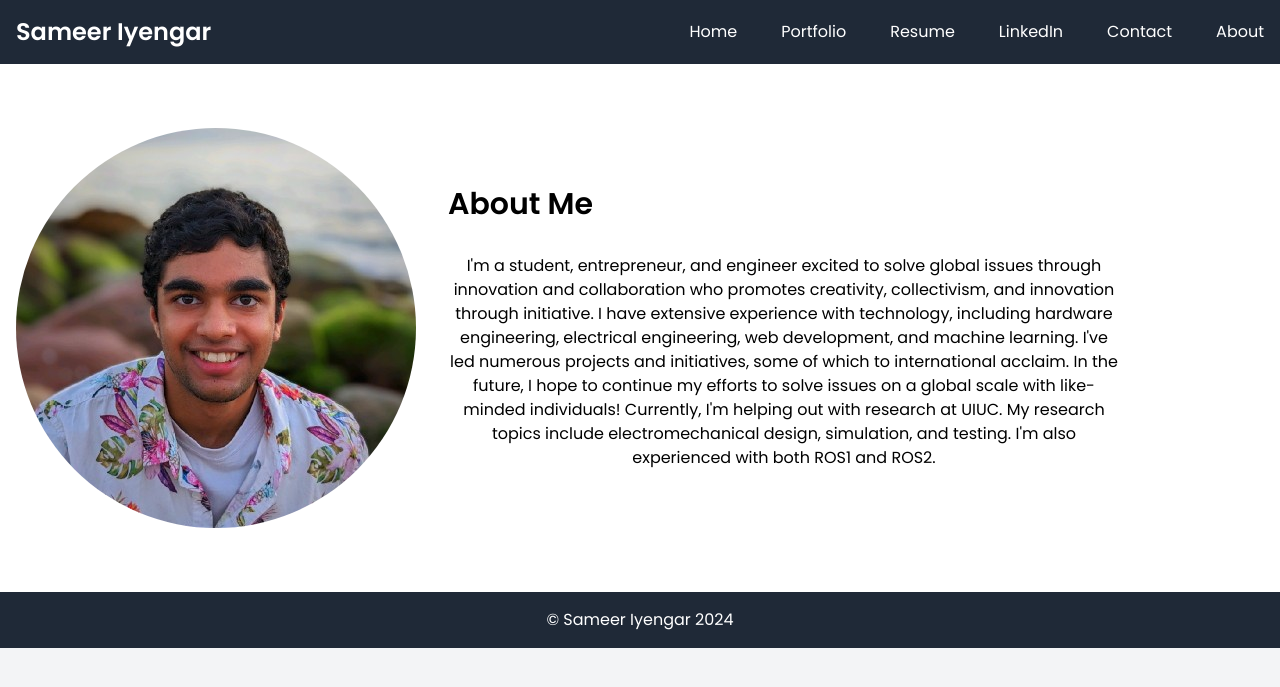
Repository: siyengar04/siyengar04.github.io
Page: about.html
These files come from the project's save history. The page is drawn as it stood at one moment and after the next save; the edit follows.
The browser window is 1280 px wide. The pictures show the whole page.
Some web libraries are served in a nearby version.

Above is the page before, as saved 2024-11-01 13:44:56.

### about.html
<!DOCTYPE html>
<html lang="en">

<head>
    <meta charset="UTF-8">
    <meta name="viewport" content="width=device-width, initial-scale=1.0">
    <title>Photography Portfolio</title>
    <script src="https://cdn.tailwindcss.com"></script>
    <link href="/src/output.css" rel="stylesheet">
    <link href="https://fonts.googleapis.com/css2?family=Poppins:wght@300;400;600&display=swap" rel="stylesheet">
    <style>
        body {
            font-family: 'Poppins', sans-serif;
        }
    </style>
</head>

<body class="bg-gray-100">
    <header class="bg-gray-800 text-white py-4">
        <div class="container mx-auto flex justify-between items-center px-4">
            <h1 class="text-2xl font-semibold">Sameer Iyengar</h1>
            <div class="md:hidden">
                <button id="nav-toggle" class="text-white focus:outline-none">
                    <svg xmlns="http://www.w3.org/2000/svg" class="h-6 w-6" fill="none" viewBox="0 0 24 24" stroke="currentColor">
                        <path stroke-linecap="round" stroke-linejoin="round" stroke-width="2" d="M4 6h16M4 12h16m-7 6h7" />
                    </svg>
                </button>
            </div>
            <nav id="nav-menu" class="hidden md:flex md:space-x-6">
                <ul class="flex flex-col md:flex-row space-y-4 md:space-y-0 md:space-x-6">
                    <li><a href="index.html" class="hover:text-gray-400">Home</a></li>
                    <li><a href="/portfolio.html" class="hover:text-gray-400">Portfolio</a></li>
                    <li><a href="/resume.html" class="hover:text-gray-400">Resume</a></li>
                    <li><a href="https://www.linkedin.com/in/sameer-iyengar/" class="hover:text-gray-400">LinkedIn</a></li>
                    <li><a href="/contact.html" class="hover:text-gray-400">Contact</a></li>
                    <li><a href="/about.html" class="hover:text-gray-400">About</a></li>
                </ul>
            </nav>
        </div>
    </header>
    <section id="about" class="about py-16 bg-white">
        <div class="container mx-auto px-4 flex flex-col md:flex-row items-center">
            <img src="/images/profile.jpg" alt="Profile Picture" class="w-100 h-100 rounded-full mb-8 md:mb-0 md:mr-8">
            <div class="text-center md:text-left">
                <h2 class="text-3xl font-bold mb-8">About Me</h2>
                <p class="text-center max-w-2xl mx-auto">I'm a student, entrepreneur, and engineer excited to solve global issues through innovation and collaboration who promotes creativity, collectivism, and innovation through initiative. I have extensive experience with technology, including hardware engineering, electrical engineering, web development, and machine learning. I've led numerous projects and initiatives, some of which to international acclaim. In the future, I hope to continue my efforts to solve issues on a global scale with like-minded individuals! Currently, I'm helping out with research at UIUC. My research topics include electromechanical design, simulation, and testing. I'm also experienced with both ROS1 and ROS2. </p>
            </div>
        </div>
    </section>


    <footer class="bg-gray-800 text-white text-center py-4">
        <div class="container mx-auto">
            <p>&copy; Sameer Iyengar 2024</p>
        </div>
    </footer>

    <script>
        const navToggle = document.getElementById('nav-toggle');
        const navMenu = document.getElementById('nav-menu');

        navToggle.addEventListener('click', () => {
            navMenu.classList.toggle('hidden');
        });
    </script>
</body>

</html>

### src/output.css
*, ::before, ::after {
  --tw-border-spacing-x: 0;
  --tw-border-spacing-y: 0;
  --tw-translate-x: 0;
  --tw-translate-y: 0;
  --tw-rotate: 0;
  --tw-skew-x: 0;
  --tw-skew-y: 0;
  --tw-scale-x: 1;
  --tw-scale-y: 1;
  --tw-pan-x:  ;
  --tw-pan-y:  ;
  --tw-pinch-zoom:  ;
  --tw-scroll-snap-strictness: proximity;
  --tw-gradient-from-position:  ;
  --tw-gradient-via-position:  ;
  --tw-gradient-to-position:  ;
  --tw-ordinal:  ;
  --tw-slashed-zero:  ;
  --tw-numeric-figure:  ;
  --tw-numeric-spacing:  ;
  --tw-numeric-fraction:  ;
  --tw-ring-inset:  ;
  --tw-ring-offset-width: 0px;
  --tw-ring-offset-color: #fff;
  --tw-ring-color: rgb(59 130 246 / 0.5);
  --tw-ring-offset-shadow: 0 0 #0000;
  --tw-ring-shadow: 0 0 #0000;
  --tw-shadow: 0 0 #0000;
  --tw-shadow-colored: 0 0 #0000;
  --tw-blur:  ;
  --tw-brightness:  ;
  --tw-contrast:  ;
  --tw-grayscale:  ;
  --tw-hue-rotate:  ;
  --tw-invert:  ;
  --tw-saturate:  ;
  --tw-sepia:  ;
  --tw-drop-shadow:  ;
  --tw-backdrop-blur:  ;
  --tw-backdrop-brightness:  ;
  --tw-backdrop-contrast:  ;
  --tw-backdrop-grayscale:  ;
  --tw-backdrop-hue-rotate:  ;
  --tw-backdrop-invert:  ;
  --tw-backdrop-opacity:  ;
  --tw-backdrop-saturate:  ;
  --tw-backdrop-sepia:  ;
  --tw-contain-size:  ;
  --tw-contain-layout:  ;
  --tw-contain-paint:  ;
  --tw-contain-style:  ;
}

::backdrop {
  --tw-border-spacing-x: 0;
  --tw-border-spacing-y: 0;
  --tw-translate-x: 0;
  --tw-translate-y: 0;
  --tw-rotate: 0;
  --tw-skew-x: 0;
  --tw-skew-y: 0;
  --tw-scale-x: 1;
  --tw-scale-y: 1;
  --tw-pan-x:  ;
  --tw-pan-y:  ;
  --tw-pinch-zoom:  ;
  --tw-scroll-snap-strictness: proximity;
  --tw-gradient-from-position:  ;
  --tw-gradient-via-position:  ;
  --tw-gradient-to-position:  ;
  --tw-ordinal:  ;
  --tw-slashed-zero:  ;
  --tw-numeric-figure:  ;
  --tw-numeric-spacing:  ;
  --tw-numeric-fraction:  ;
  --tw-ring-inset:  ;
  --tw-ring-offset-width: 0px;
  --tw-ring-offset-color: #fff;
  --tw-ring-color: rgb(59 130 246 / 0.5);
  --tw-ring-offset-shadow: 0 0 #0000;
  --tw-ring-shadow: 0 0 #0000;
  --tw-shadow: 0 0 #0000;
  --tw-shadow-colored: 0 0 #0000;
  --tw-blur:  ;
  --tw-brightness:  ;
  --tw-contrast:  ;
  --tw-grayscale:  ;
  --tw-hue-rotate:  ;
  --tw-invert:  ;
  --tw-saturate:  ;
  --tw-sepia:  ;
  --tw-drop-shadow:  ;
  --tw-backdrop-blur:  ;
  --tw-backdrop-brightness:  ;
  --tw-backdrop-contrast:  ;
  --tw-backdrop-grayscale:  ;
  --tw-backdrop-hue-rotate:  ;
  --tw-backdrop-invert:  ;
  --tw-backdrop-opacity:  ;
  --tw-backdrop-saturate:  ;
  --tw-backdrop-sepia:  ;
  --tw-contain-size:  ;
  --tw-contain-layout:  ;
  --tw-contain-paint:  ;
  --tw-contain-style:  ;
}

/*
! tailwindcss v3.4.14 | MIT License | https://tailwindcss.com
*/

/*
1. Prevent padding and border from affecting element width. (https://github.com/mozdevs/cssremedy/issues/4)
2. Allow adding a border to an element by just adding a border-width. (https://github.com/tailwindcss/tailwindcss/pull/116)
*/

*,
::before,
::after {
  box-sizing: border-box;
  /* 1 */
  border-width: 0;
  /* 2 */
  border-style: solid;
  /* 2 */
  border-color: #e5e7eb;
  /* 2 */
}

::before,
::after {
  --tw-content: '';
}

/*
1. Use a consistent sensible line-height in all browsers.
2. Prevent adjustments of font size after orientation changes in iOS.
3. Use a more readable tab size.
4. Use the user's configured `sans` font-family by default.
5. Use the user's configured `sans` font-feature-settings by default.
6. Use the user's configured `sans` font-variation-settings by default.
7. Disable tap highlights on iOS
*/

html,
:host {
  line-height: 1.5;
  /* 1 */
  -webkit-text-size-adjust: 100%;
  /* 2 */
  -moz-tab-size: 4;
  /* 3 */
  -o-tab-size: 4;
     tab-size: 4;
  /* 3 */
  font-family: ui-sans-serif, system-ui, sans-serif, "Apple Color Emoji", "Segoe UI Emoji", "Segoe UI Symbol", "Noto Color Emoji";
  /* 4 */
  font-feature-settings: normal;
  /* 5 */
  font-variation-settings: normal;
  /* 6 */
  -webkit-tap-highlight-color: transparent;
  /* 7 */
}

/*
1. Remove the margin in all browsers.
2. Inherit line-height from `html` so users can set them as a class directly on the `html` element.
*/

body {
  margin: 0;
  /* 1 */
  line-height: inherit;
  /* 2 */
}

/*
1. Add the correct height in Firefox.
2. Correct the inheritance of border color in Firefox. (https://bugzilla.mozilla.org/show_bug.cgi?id=190655)
3. Ensure horizontal rules are visible by default.
*/

hr {
  height: 0;
  /* 1 */
  color: inherit;
  /* 2 */
  border-top-width: 1px;
  /* 3 */
}

/*
Add the correct text decoration in Chrome, Edge, and Safari.
*/

abbr:where([title]) {
  -webkit-text-decoration: underline dotted;
          text-decoration: underline dotted;
}

/*
Remove the default font size and weight for headings.
*/

h1,
h2,
h3,
h4,
h5,
h6 {
  font-size: inherit;
  font-weight: inherit;
}

/*
Reset links to optimize for opt-in styling instead of opt-out.
*/

a {
  color: inherit;
  text-decoration: inherit;
}

/*
Add the correct font weight in Edge and Safari.
*/

b,
strong {
  font-weight: bolder;
}

/*
1. Use the user's configured `mono` font-family by default.
2. Use the user's configured `mono` font-feature-settings by default.
3. Use the user's configured `mono` font-variation-settings by default.
4. Correct the odd `em` font sizing in all browsers.
*/

code,
kbd,
samp,
pre {
  font-family: ui-monospace, SFMono-Regular, Menlo, Monaco, Consolas, "Liberation Mono", "Courier New", monospace;
  /* 1 */
  font-feature-settings: normal;
  /* 2 */
  font-variation-settings: normal;
  /* 3 */
  font-size: 1em;
  /* 4 */
}

/*
Add the correct font size in all browsers.
*/

small {
  font-size: 80%;
}

/*
Prevent `sub` and `sup` elements from affecting the line height in all browsers.
*/

sub,
sup {
  font-size: 75%;
  line-height: 0;
  position: relative;
  vertical-align: baseline;
}

sub {
  bottom: -0.25em;
}

sup {
  top: -0.5em;
}

/*
1. Remove text indentation from table contents in Chrome and Safari. (https://bugs.chromium.org/p/chromium/issues/detail?id=999088, https://bugs.webkit.org/show_bug.cgi?id=201297)
2. Correct table border color inheritance in all Chrome and Safari. (https://bugs.chromium.org/p/chromium/issues/detail?id=935729, https://bugs.webkit.org/show_bug.cgi?id=195016)
3. Remove gaps between table borders by default.
*/

table {
  text-indent: 0;
  /* 1 */
  border-color: inherit;
  /* 2 */
  border-collapse: collapse;
  /* 3 */
}

/*
1. Change the font styles in all browsers.
2. Remove the margin in Firefox and Safari.
3. Remove default padding in all browsers.
*/

button,
input,
optgroup,
select,
textarea {
  font-family: inherit;
  /* 1 */
  font-feature-settings: inherit;
  /* 1 */
  font-variation-settings: inherit;
  /* 1 */
  font-size: 100%;
  /* 1 */
  font-weight: inherit;
  /* 1 */
  line-height: inherit;
  /* 1 */
  letter-spacing: inherit;
  /* 1 */
  color: inherit;
  /* 1 */
  margin: 0;
  /* 2 */
  padding: 0;
  /* 3 */
}

/*
Remove the inheritance of text transform in Edge and Firefox.
*/

button,
select {
  text-transform: none;
}

/*
1. Correct the inability to style clickable types in iOS and Safari.
2. Remove default button styles.
*/

button,
input:where([type='button']),
input:where([type='reset']),
input:where([type='submit']) {
  -webkit-appearance: button;
  /* 1 */
  background-color: transparent;
  /* 2 */
  background-image: none;
  /* 2 */
}

/*
Use the modern Firefox focus style for all focusable elements.
*/

:-moz-focusring {
  outline: auto;
}

/*
Remove the additional `:invalid` styles in Firefox. (https://github.com/mozilla/gecko-dev/blob/2f9eacd9d3d995c937b4251a5557d95d494c9be1/layout/style/res/forms.css#L728-L737)
*/

:-moz-ui-invalid {
  box-shadow: none;
}

/*
Add the correct vertical alignment in Chrome and Firefox.
*/

progress {
  vertical-align: baseline;
}

/*
Correct the cursor style of increment and decrement buttons in Safari.
*/

::-webkit-inner-spin-button,
::-webkit-outer-spin-button {
  height: auto;
}

/*
1. Correct the odd appearance in Chrome and Safari.
2. Correct the outline style in Safari.
*/

[type='search'] {
  -webkit-appearance: textfield;
  /* 1 */
  outline-offset: -2px;
  /* 2 */
}

/*
Remove the inner padding in Chrome and Safari on macOS.
*/

::-webkit-search-decoration {
  -webkit-appearance: none;
}

/*
1. Correct the inability to style clickable types in iOS and Safari.
2. Change font properties to `inherit` in Safari.
*/

::-webkit-file-upload-button {
  -webkit-appearance: button;
  /* 1 */
  font: inherit;
  /* 2 */
}

/*
Add the correct display in Chrome and Safari.
*/

summary {
  display: list-item;
}

/*
Removes the default spacing and border for appropriate elements.
*/

blockquote,
dl,
dd,
h1,
h2,
h3,
h4,
h5,
h6,
hr,
figure,
p,
pre {
  margin: 0;
}

fieldset {
  margin: 0;
  padding: 0;
}

legend {
  padding: 0;
}

ol,
ul,
menu {
  list-style: none;
  margin: 0;
  padding: 0;
}

/*
Reset default styling for dialogs.
*/

dialog {
  padding: 0;
}

/*
Prevent resizing textareas horizontally by default.
*/

textarea {
  resize: vertical;
}

/*
1. Reset the default placeholder opacity in Firefox. (https://github.com/tailwindlabs/tailwindcss/issues/3300)
2. Set the default placeholder color to the user's configured gray 400 color.
*/

input::-moz-placeholder, textarea::-moz-placeholder {
  opacity: 1;
  /* 1 */
  color: #9ca3af;
  /* 2 */
}

input::placeholder,
textarea::placeholder {
  opacity: 1;
  /* 1 */
  color: #9ca3af;
  /* 2 */
}

/*
Set the default cursor for buttons.
*/

button,
[role="button"] {
  cursor: pointer;
}

/*
Make sure disabled buttons don't get the pointer cursor.
*/

:disabled {
  cursor: default;
}

/*
1. Make replaced elements `display: block` by default. (https://github.com/mozdevs/cssremedy/issues/14)
2. Add `vertical-align: middle` to align replaced elements more sensibly by default. (https://github.com/jensimmons/cssremedy/issues/14#issuecomment-634934210)
   This can trigger a poorly considered lint error in some tools but is included by design.
*/

img,
svg,
video,
canvas,
audio,
iframe,
embed,
object {
  display: block;
  /* 1 */
  vertical-align: middle;
  /* 2 */
}

/*
Constrain images and videos to the parent width and preserve their intrinsic aspect ratio. (https://github.com/mozdevs/cssremedy/issues/14)
*/

img,
video {
  max-width: 100%;
  height: auto;
}

/* Make elements with the HTML hidden attribute stay hidden by default */

[hidden]:where(:not([hidden="until-found"])) {
  display: none;
}

body {
  font-family: 'Poppins', sans-serif;
  margin: 0;
  padding: 0;
  box-sizing: border-box;
}

header {
  background-color: #333;
  padding: 20px 0;
  color: #fff;
}

header nav ul {
  display: flex;
  list-style-type: none;
  gap: 20px;
}

header nav ul li a {
  color: #fff;
  text-decoration: none;
}

.hero {
  background: url('images/hero.jpg') no-repeat center center/cover;
  height: 80vh;
  display: flex;
  align-items: center;
  justify-content: center;
  color: #fff;
  text-align: center;
}

.portfolio {
  padding: 40px 0;
}

.gallery {
  display: grid;
  grid-template-columns: repeat(auto-fit, minmax(200px, 1fr));
  gap: 20px;
}

.gallery img {
  width: 100%;
  height: auto;
}

.contact-btn {
  background-color: #333;
  color: #fff;
  padding: 10px 20px;
  text-decoration: none;
  border-radius: 5px;
}

footer {
  background-color: #333;
  color: #fff;
  text-align: center;
  padding: 10px 0;
}

After the next save:
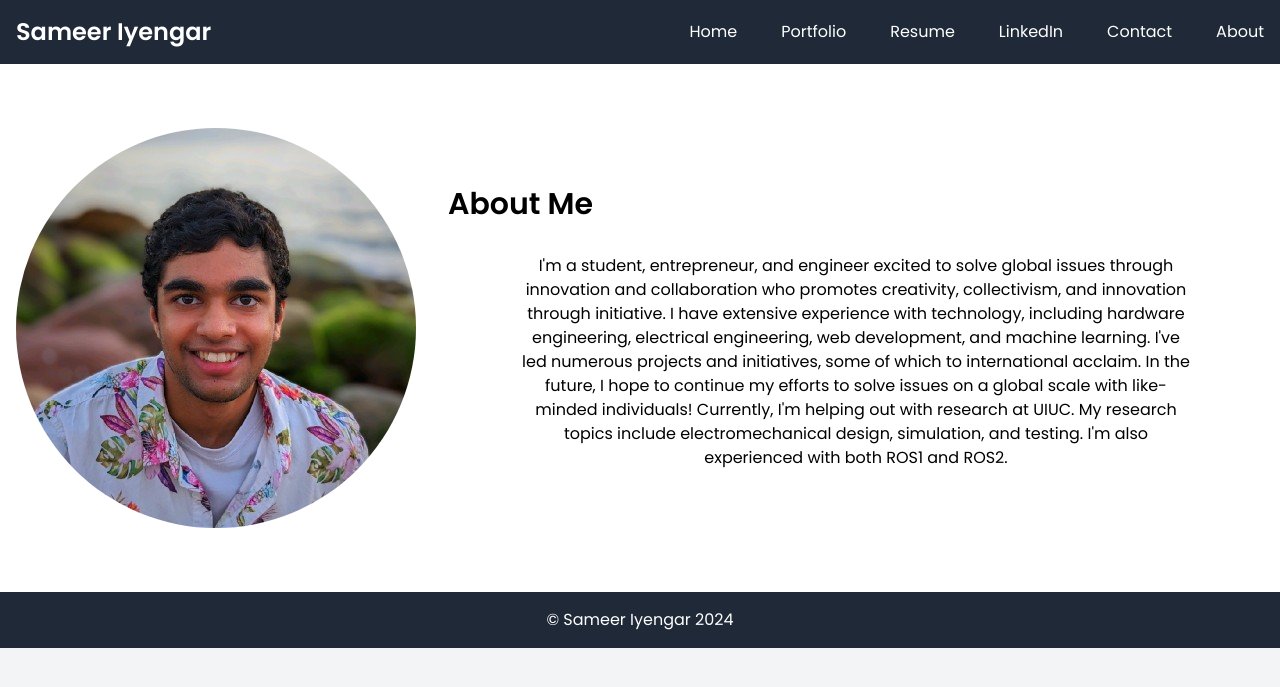
Saved 85 s later.
--- a/about.html
+++ b/about.html
@@ -41,7 +41,7 @@
     <section id="about" class="about py-16 bg-white">
         <div class="container mx-auto px-4 flex flex-col md:flex-row items-center">
             <img src="/images/profile.jpg" alt="Profile Picture" class="w-100 h-100 rounded-full mb-8 md:mb-0 md:mr-8">
-            <div class="text-center md:text-left">
+            <div class="text-center md:text-left md:flex-1">
                 <h2 class="text-3xl font-bold mb-8">About Me</h2>
                 <p class="text-center max-w-2xl mx-auto">I'm a student, entrepreneur, and engineer excited to solve global issues through innovation and collaboration who promotes creativity, collectivism, and innovation through initiative. I have extensive experience with technology, including hardware engineering, electrical engineering, web development, and machine learning. I've led numerous projects and initiatives, some of which to international acclaim. In the future, I hope to continue my efforts to solve issues on a global scale with like-minded individuals! Currently, I'm helping out with research at UIUC. My research topics include electromechanical design, simulation, and testing. I'm also experienced with both ROS1 and ROS2. </p>
             </div>
